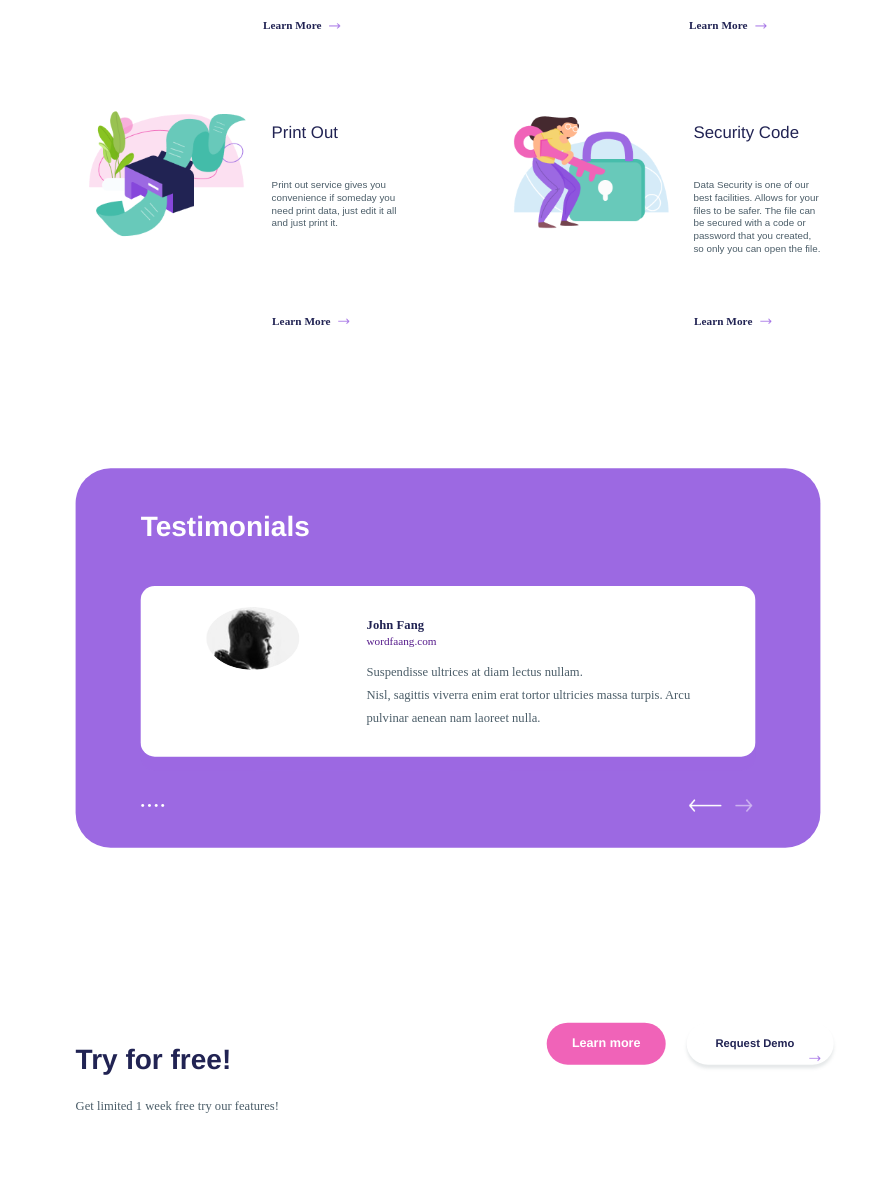
Repository: batonAnton/HW6_flexbox
Page: index.html
An editor plug-in stored every save of this project. The page is shown before and after the next save, followed by the edit.
The browser window is 1280 px wide. The pictures show the part of the page from y = 1830 to 3750 px (the page is 3513 px tall before and 3750 px after), at 70% of full size.
Some web fonts or font styles are not loaded; a fallback is used.

Above is the page before, as saved 2022-06-19 15:49:29.

### index.html
<!DOCTYPE html>
<html lang="en">
<head>
    <meta charset="UTF-8">
    <meta http-equiv="X-UA-Compatible" content="IE=edge">
    <meta name="viewport" content="width=device-width, initial-scale=1.0">
    <link href="http://fonts.cdnfonts.com/css/helvetica-neue-9" rel="stylesheet">
    <link rel="stylesheet" href="./fonts/Helvetica-Bold.ttf">
    <link rel="stylesheet" href="./fonts/AvenirLTStd-Black.otf">
    <link rel="stylesheet" href="./css/style.css">
    <title>FlexBox</title>
</head>
<body>
    <header>
        <div class="logo">
            <img src="./images/logo.png" alt="logo">
        </div>

        <nav>
            <ul>
                <li>
                    <a href="#">about</a>
                </li>
                <li>
                    <a href="#">help</a>
                </li>
                <li>
                    <a href="#">features</a>
                </li>
                <li>
                    <a href="#">signup</a>
                </li>
            </ul>
        </nav>

        <div class="header-btn">
            <div>
                <button>request demo</button>
            </div>
            <div class="btn-img">
                <img src="./images/right-arrow.png" alt="arrow-right" >
            </div>
        </div>
    </header>

    <div class="section allstyles">
        <div class="info">
            <h1>Save your data <br> storage here.</h1>
            <p>Data Warehouse is a data storage area that <br>has been
                tested for security, so you can store <br> your data here
                safely but not be afraid of <br> being stolen by others.</p>
            <button>Learn more</button>
        </div>

        <div class="section-img">
            <img src="./images/headerImg.png" alt="">
        </div>
    </div>

    <div class="section2 allstyles">
        <div class="sectin2-img">
            <img src="./images/assideimg.png" alt="assideimg">
        </div>

        <div class="section2-info">
            <h1>We are a high-level data <br> storage bank</h1>
            <p>
                The place to store various data that you can access at any <br> time through the internet  and where you can carry it. <br>
                This very flexible storage area has a high level of security. <br> To enter into your own data you must enter the password <br> that you created when you registered in this Data <br> Warehouse.
            </p>
        </div>
    </div>

    <div class="section3 allstyles">
        <h1 class="section3-header"> Features</h1>
        <p class="section3-header">Some of the features and advantages that we provide for those of you <br> who store data in this Data Warehouse.</p>

        <div class="row1">
            <div class="block">
                <img src="./images/section3/image1 1.png" alt="img">
                <div class="info">
                    <h1>Search Data</h1>
                <p>
                    Don’t worry if your data is very <br> large, the Data Warehoue <br> provides a search engine, <br> which is useful for making it <br> easier to find data effectively <br> saving time.
                </p>

                <div class="header-btn section3-btn">
                    <div>
                        <button>Learn more</button>
                    </div>
                    <div class="btn-img">
                        <img src="./images/right-arrow.png" alt="arrow-right" >
                    </div>
                </div>
                </div>

            </div>


            <div class="block">
                <img src="./images/section3/image2.png" alt="img">
                <div class="info">
                    <h1>24 Hours Access</h1>
                <p>
                    Access is given 24 hours a full <br> morning to night and
                    meet <br> again in the morning, giving <br> you comfort when
                    you need <br> data when urgent.
                </p>

                <div class="header-btn section3-btn">
                    <div>
                        <button>Learn more</button>
                    </div>
                    <div class="btn-img">
                        <img src="./images/right-arrow.png" alt="arrow-right" >
                    </div>
                </div>
                </div>

            </div>
        </div>

        <!-- row2 start -->

        <div class="row1 row2">
            <div class="block">
                <img src="./images/section3/image3 1.png" alt="img">
                <div class="info">
                    <h1>Print Out</h1>
                <p>
                    Print out service gives you <br> convenience if someday
                    you <br> need print data, just edit it all <br> and just print it.
                </p>

                <div class="header-btn section3-btn">
                    <div>
                        <button>Learn more</button>
                    </div>
                    <div class="btn-img">
                        <img src="./images/right-arrow.png" alt="arrow-right" >
                    </div>
                </div>
                </div>

            </div>


            <div class="block">
                <img src="./images/section3/image4 1.png" alt="img">
                <div class="info">
                    <h1>Security Code</h1>
                <p>
                    Data Security is one of our <br> best facilities. Allows for your <br> files
                    to be safer. The file can <br> be secured with a code or <br>
                    password that
                    you created, <br> so only you can open the file.
                </p>

                <div class="header-btn section3-btn">
                    <div>
                        <button>Learn more</button>
                    </div>
                    <div class="btn-img">
                        <img src="./images/right-arrow.png" alt="arrow-right" >
                    </div>
                </div>
                </div>

            </div>
        </div>
    </div>

    <div class="section4 allstyles">
        <h1>Testimonials</h1>

        <div class="block">
            <img class="rounded" src="./images/section3/Ellipse 76.jpg" alt="img">
            <div class="info">
                <h1>John Fang </h1>
                <a href="">wordfaang.com</a>
                <p>
                    Suspendisse ultrices at diam lectus nullam. <br>
                    Nisl, sagittis viverra enim erat tortor ultricies massa turpis. Arcu <br> pulvinar aenean nam laoreet nulla.
                </p>
            </div>
        </div>
        <h4>&#x2022 &#x2022 &#x2022 &#x2022</h4>
        <p class="right"> <img src="./images/section3/arrows.png" alt="arrows"> </p>
    </div>


    <div class="forfree allstyles">
        <div class="free-info">
            <h1>Try for free!</h1>
            <p>Get limited 1 week free try our features!</p>
        </div>

        <div class="btn-block">
            <button>Learn more</button>
            <div class="header-btn">
                <div>
                    <button>request demo</button>
                </div>
                <div class="btn-img">
                    <img src="./images/right-arrow.png" alt="arrow-right" >
                </div>
            </div>
        </div>
    </div>
    <footer>

    </footer>
</body>
</html>

### css/style.css
body {
  box-sizing: border-box;
  font-family: "Avenir";
}

.allstyles{
    margin: 70px 100px;
}

header {
  display: flex;
  margin: 30px 100px;
  justify-content: space-between;
  /* border: 1px solid gray; */
 font-family: Arial, Helvetica, sans-serif;
  font-size: 16px;
}


nav {
  margin-right: 40%;
}

nav ul {
  display: flex;
  list-style: none;
  color: #4b5d68;
}

nav ul li a {
  text-decoration: none;
  padding-left: 20px;
  text-transform: capitalize;
}

.header-btn {
  display: flex;
  justify-content: center;
}


.header-btn button {
  padding: 15px 30px 15px 15px;
  text-transform: capitalize;
  border: none;
  border-radius: 50px;
  background: #ffffff;
  box-shadow: 0px 5px 5px rgb(75 93 104 / 15%);
  width: 210px;
  color: #212353;
  font-size: 16px;
  font-weight: 800;
  line-height: 100%;
  letter-spacing: 0.005em;
}

.btn-img {
  margin-left: -35px;
  padding-left: -15px;
  align-self: center;
}

button img {
  padding-top: 5px;
  margin-left: 5px;
}

button:hover {
  border: 1px solid rgba(156, 105, 226, 1);
  text-decoration: underline;
}

.section {
  display: flex;
  position: relative;
  height: 600px;
  overflow: hidden;
}


.info {
  width: 50%;
}

.section h1 {
  font-style: normal;
  font-weight: 700;
  font-size: 4rem;
  line-height: 110%;
  font-family: "Helvetica Neue", sans-serif;
  color:#212353;
  font-weight: 700;
}



.section p {
  font-family: 'Avenir', Helvetica, sans-serif;
  font-style: normal;
  font-weight: 500;
  font-size: 16px;
  line-height: 28px;
  margin-top: 50px;
  margin-bottom: 50px;
}

.section-img {
  position: absolute;
  bottom: 1%;
  right: -13%;
}
.section-img img {
  width: 84%;
}

.info button{
    font-family: 'Avenir', Helvetica, sans-serif;
    font-style: normal;
    font-weight: 700;
    font-size: 18px;
    line-height: 160%;
    background-color: #9C69E2;
    border-radius: 50px;
    color: #ffffff;
    width: 170px;
    height: 60px;
    border: none;
    cursor: pointer;
}


.section2{
    display: flex;
    justify-content: space-between;
    background: rgba(240, 99, 184, 0.15);
    border-radius: 50px;
    font-family: 'Avenir', Helvetica, sans-serif;
}

.section2 h1{
    font-style: normal;
    font-weight: 700;
    font-size: 40px;
    line-height: 130%;
    color: #212353;
}

.section2 p{
    font-family: 'Avenir', Helvetica, sans-serif;
font-style: normal;
font-weight: 400;
font-size: 16px;
line-height: 160%;
}

.section2-info{
    padding:55px;
}


.section3-header{
    text-align: center;
    margin: -30px 0 75px 0;
}

.row1{
    display: flex;
    justify-content: space-between;
}

.row1 .block img{
    float: left;
}

.section3 .info{
  float: right;
  width: auto;
  margin-left: 35px;
}

.section3 .info h1{
  font-family: 'Helvetica';
font-style: normal;
font-weight: 400;
font-size: 24px;
line-height: 130%;
color: #212353;
}

.section3 .info p{
  font-family: 'Avenir',  sans-serif;
font-style: normal;
font-weight: 200;
font-size: 14px;
line-height: 130%;
color: #4B5D68;
margin-top: 50px;
/* margin-bottom: 50px; */
height: 160px;
}

.section3 .section3-btn button{
  padding:0;
  color: #212353;
  box-shadow: none;
  background-color: #ffffff;
  font-family: 'Avenir';
  font-style: normal;
  font-weight: 900;
  font-size: 16px;
  line-height: 160%;
  letter-spacing: 0.005em;
  width:85px;
}

.section3 .header-btn{
  display: flex;
  justify-content: flex-start;
}

.section3 .btn-img{
  margin-left: 10px;
}

.row2{
  margin: 90px 0  180px 0;
}

.section4{
  /* height: 709px; */
  background-color: #9C69E2;
  border-radius: 50px;
  padding: 30px 93px;
}

.section4 h1{
  font-family: 'Helvetica';
  font-style: normal;
  font-weight: 700;
  font-size: 40px;
  line-height: 130%;
  color: #FFFFFF;
  margin-bottom: 60px;
}

.section4 .block{
  background-color: #FFFFFF;
  box-shadow: 0px 20px 0px rgba(156, 105, 226, 0.3);
  border-radius: 20px;
  padding: 30px 93px 120px 93px;
}

.section4 .info{
  float: right;
  width: auto;
}

.section4 .info h1{
font-family: 'Avenir';
font-style: normal;
font-weight: 900;
font-size: 18px;
line-height: 160%;
letter-spacing: 0.005em;
color: #212353;
margin-bottom: 0;
}

.section4 .info p{
  font-family: 'Avenir';
font-style: normal;
font-weight: 400;
font-size: 18px;
line-height: 180%;
color: #4B5D68;
}

.section4 .info a{
  text-decoration: none;
}

.rounded{
  border-radius:50%;
}

h4{
  color: #ffffff;
  margin-top: 60px ;
}

.right{
  margin-left: auto;
  margin-right: auto;
  float: right;
  margin-top: -44px;
}

hr{
  margin-top: 100px;
  /* margin-bottom: 45px; */
  background: #9C69E2;
  opacity: 0.2;
}

.forfree{
  margin-top: 250px;
  display: flex;
  justify-content: space-between;
}

.forfree h1{
  font-family: 'Helvetica';
font-style: normal;
font-weight: 700;
font-size: 40px;
line-height: 130%;
display: flex;
align-items: center;
color: #212353;
}

.forfree p{
  font-family: 'Avenir';
font-style: normal;
font-weight: 500;
font-size: 18px;
line-height: 160%;
color: #4B5D68;
}

.forfree button{
  font-family: 'Avenir', Helvetica, sans-serif;
    font-style: normal;
    font-weight: 700;
    font-size: 18px;
    line-height: 160%;
    background-color: #F063B8;
    border-radius: 50px;
    color: #ffffff;
    width: 170px;
    height: 60px;
    border: none;
    cursor: pointer;
    margin-left: 30px;
}

.forfree .header-btn button {
  padding: 15px 30px 15px 15px;
  text-transform: capitalize;
  border: none;
  border-radius: 50px;
  background: #ffffff;
  box-shadow: 0px 5px 5px rgb(75 93 104 / 15%);
  width: 210px;
  color: #212353;
  font-size: 16px;
  font-weight: 800;
  line-height: 100%;
  letter-spacing: 0.005em;
}

.forfree .btn-img{
  margin-top: -45px;
}

.btn-block{
  display: flex;

}

After the next save:
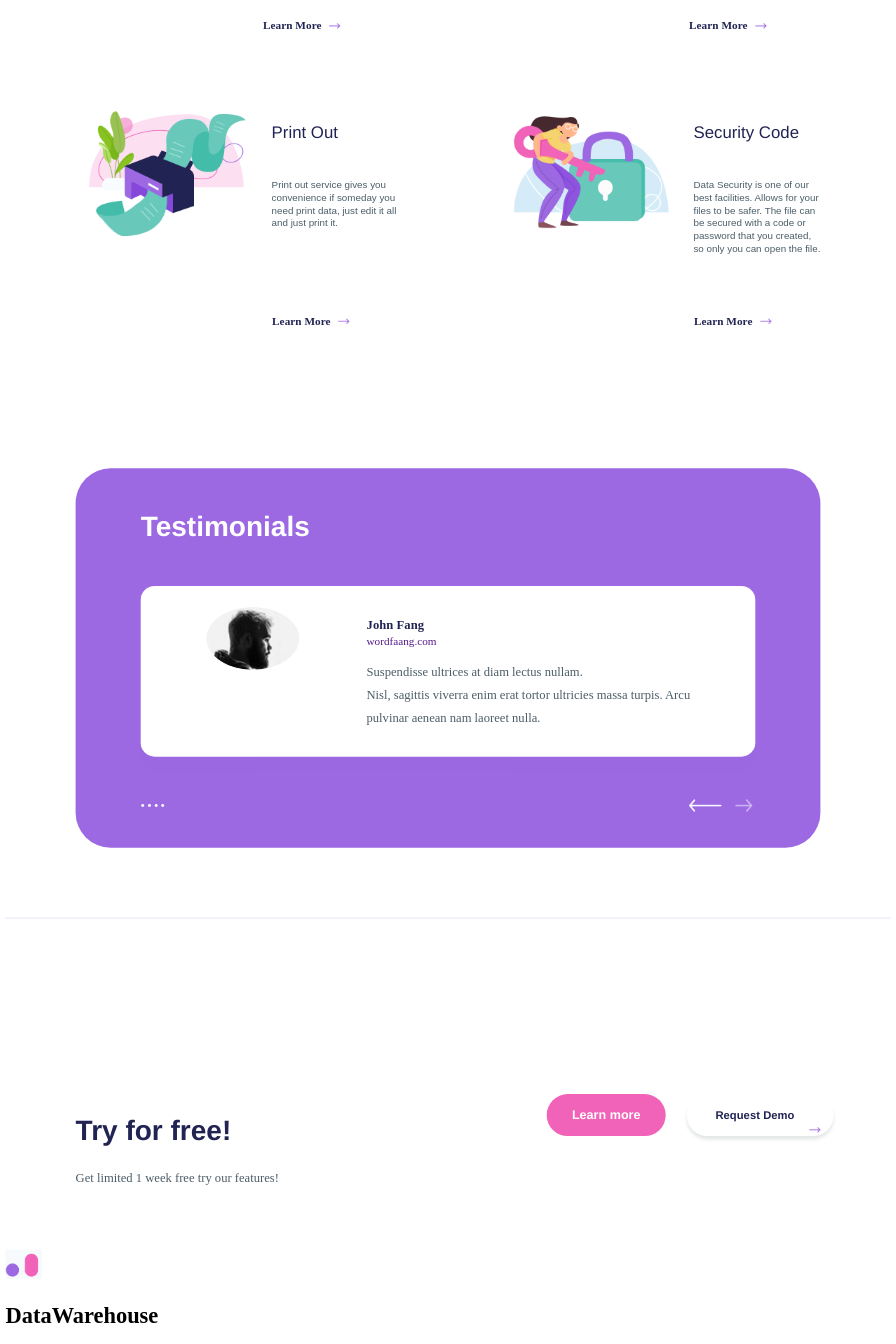
Saved 3 min 12 s later.
--- a/index.html
+++ b/index.html
@@ -187,6 +187,7 @@
         <h4>&#x2022 &#x2022 &#x2022 &#x2022</h4>
         <p class="right"> <img src="./images/section3/arrows.png" alt="arrows"> </p>
     </div>
+    <hr>
 
 
     <div class="forfree allstyles">
@@ -207,8 +208,14 @@
             </div>
         </div>
     </div>
+
     <footer>
-
+        <div class="allblock">
+            <div class="adress">
+                <img src="./images/logo.png" alt="logo">
+                <h1>DataWarehouse</h1>
+            </div>
+        </div>
     </footer>
 </body>
 </html>
